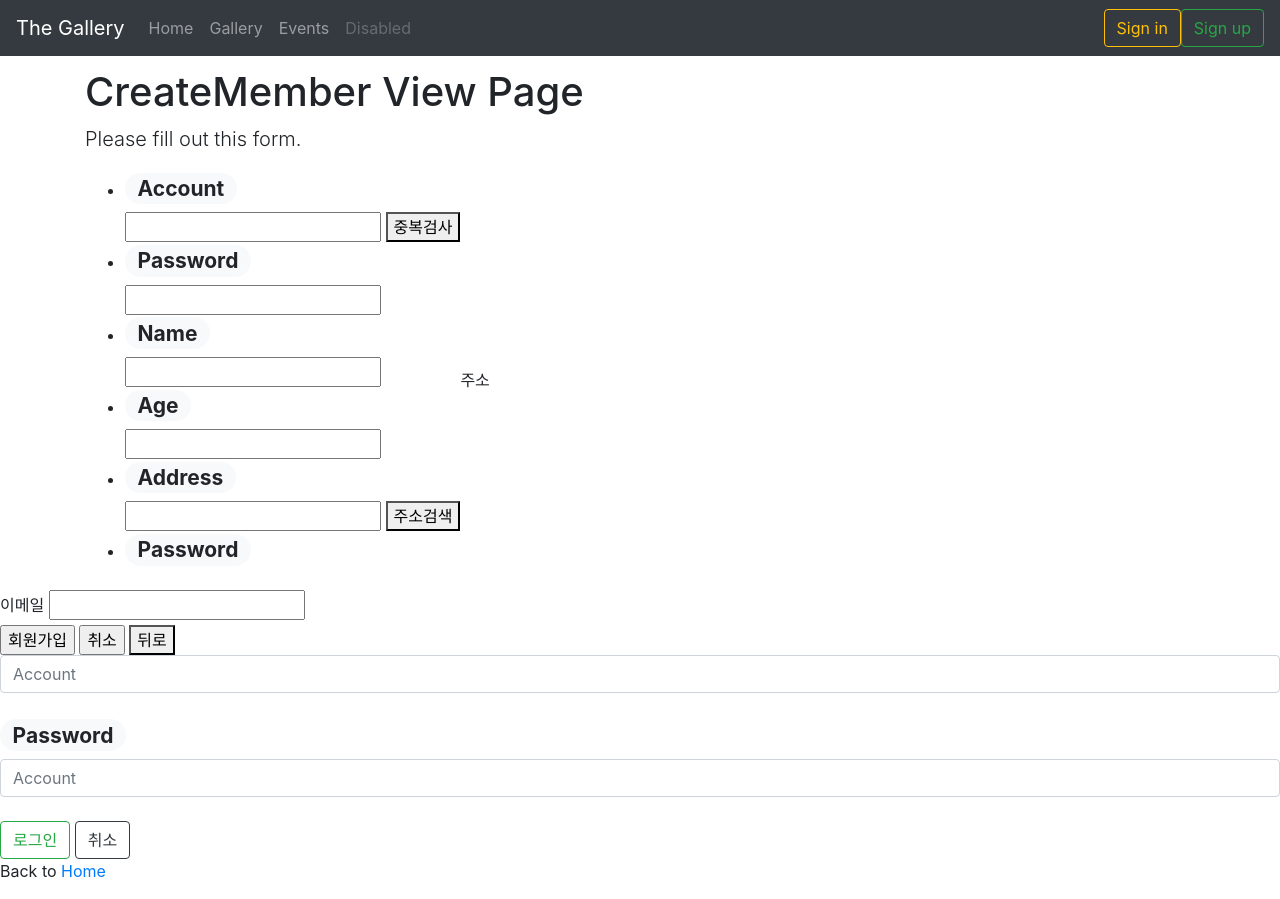
Repository: caramelsyrup/SpringProject1
Page: http://localhost/gallery/WEB-INF/views/member/createMember.jsp
An editor plug-in stored every save of this project. The page is shown before and after a run of saves, followed by the edit.
The browser window is 1280 px wide. The pictures show the whole page.
The page is served by Tomcat 9. Nobody is signed in. Other server files are loaded and not shown. The template is opened directly, without the code that normally fills it, so the values that code supplies are empty.

Above is the page before, as saved 2020-11-17 03:47:18.

### gallery/src/main/webapp/WEB-INF/views/member/createMember.jsp
<%@ page language="java" contentType="text/html; charset=UTF-8" pageEncoding="UTF-8"%>
<%@ include file="/resources/includes/header.jsp" %>
<!DOCTYPE html>
<html>
<head>
<meta charset="UTF-8">
<title>createMember Page</title>
</head>
<main role="main" class="flex-shrink-1" style="margin-top: 20px">
  <div class="container">
    <h1 class="mt-5">CreateMember View Page</h1>
    <p class="lead">Please fill out this form.</p>
    <form  class="form-inline mt-2 mt-md-0" action="/member/createMember" method="post" id="createForm">
		<ul>
			<li>
				<h3><span class="badge badge-pill badge-light">Account</span></h3>
				<!-- 회원 아이디, 시큐리티 떄문에 username으로 정함 -->
				<input type="text" name="username" id="username"/>
				<button type="button" id="btnIDchk">중복검사</button>
			</li>
			<li>
				<h3><span class="badge badge-pill badge-light">Password</span></h3>
				<!-- 회원 비밀번호 -->
				<input type="password" name="password" id="password"/>
			</li>
			<li>
				<h3><span class="badge badge-pill badge-light">Name</span></h3>
				<!-- 회원 이름 -->
				<input type="text" name="membername" id="membername"/>
			</li>
			<li>
				<h3><span class="badge badge-pill badge-light">Age</span></h3>
				<!-- 회원 나이 -->
				<input type="text" name="age" id="age"/>
			</li>
			<li>
				<h3><span class="badge badge-pill badge-light">Address</span></h3>
				<!-- 회원 주소 -->
				<input type="text" name="address" id="address"/>
				<button type="button" id="btnAddr">주소검색</button>
			</li>
			<li>
				<h3><span class="badge badge-pill badge-light">Password</span></h3>
			</li>
		</ul>

			<label>주소</label>

		</div>
		<div>
			<label>이메일</label>
			<!-- 회원 이메일주소 -->
			<input type="email" name="email" id="email"/>
		</div>
		<input type="button" id="btndoCreate" value="회원가입">
		<input type="reset" value="취소">
			<button type="button" onclick="history.back()">뒤로</button>
	</form>

        	<input class="form-control mr-sm-2" type="text" placeholder="Account" aria-label="Search" name="username" id="username"><br>
	    <h3><span class="badge badge-pill badge-light">Password</span></h3>
	    	<input class="form-control mr-sm-2" type="text" placeholder="Account" aria-label="Search" name="username" id="username"><br>
        <input class="btn btn-outline-success my-2 my-sm-0" type="button" id="btnLogin" value="로그인">
        <input class="btn btn-outline-dark my-2 my-sm-0" type="reset" value="취소">
   <p>Back to <a href="/">Home</a></p>
  </div>
  	<script src="/resources/js/member.js"></script>
</main>


</body>
</html>

### gallery/src/main/webapp/resources/includes/header.jsp
<%@ taglib prefix="c" uri="http://java.sun.com/jsp/jstl/core" %>
<!DOCTYPE html>
<html>
<head>
<meta charset="UTF-8">
    <meta charset="utf-8">
    <meta name="viewport" content="width=device-width, initial-scale=1, shrink-to-fit=no">
    <meta name="description" content="">
    <meta name="author" content="Mark Otto, Jacob Thornton, and Bootstrap contributors">
    <meta name="generator" content="Jekyll v4.1.1">
<script src="https://code.jquery.com/jquery-3.5.1.js" integrity="sha256-QWo7LDvxbWT2tbbQ97B53yJnYU3WhH/C8ycbRAkjPDc=" crossorigin="anonymous"></script>
<!-- Latest compiled and minified CSS -->
<link rel="stylesheet" href="https://stackpath.bootstrapcdn.com/bootstrap/4.5.2/css/bootstrap.min.css">
<!-- Latest compiled JavaScript -->
<script src="https://stackpath.bootstrapcdn.com/bootstrap/4.5.2/js/bootstrap.min.js"></script>
</head>
<!-- 최상단 -->
<body class="d-flex flex-column h-100">
    <header>
  <!-- Fixed navbar -->
  <nav class="navbar navbar-expand-md navbar-dark fixed-top bg-dark">
    <a class="navbar-brand" href="#">The Gallery</a>
    <button class="navbar-toggler" type="button" data-toggle="collapse" data-target="#navbarCollapse" aria-controls="navbarCollapse" aria-expanded="false" aria-label="Toggle navigation">
      <span class="navbar-toggler-icon"></span>
    </button>
    <div class="collapse navbar-collapse" id="navbarCollapse">
      <ul class="navbar-nav mr-auto">
        <li class="nav-item">
          <a class="nav-link" href="#">Home <!-- <span class="sr-only">(current)</span> --> </a>
        </li>
        <li class="nav-item">
          <a class="nav-link" href="#">Gallery</a>
        </li>
        <li class="nav-item">
          <a class="nav-link" href="#">Events</a>
        </li>
        <li class="nav-item">
	        <c:if test="${member.auth==0}">
	          <a class="nav-link" href="#">Info</a>
	        </c:if>
        </li>
        <li class="nav-item">
          <a class="nav-link disabled" href="#" tabindex="-1" aria-disabled="true">Disabled</a>
        </li>
      </ul>
       <c:choose>
       	<c:when test="${empty member.username}">
       		<a class="btn btn-outline-warning my-2 my-sm-0" href="/member/createMember">Sign in</a>
      		<a class="btn btn-outline-success my-2 my-sm-0" href="/customLogin">Sign up</a>
      	</c:when>
      	<c:otherwise>
        	<a class="btn btn-outline-success my-2 my-sm-0" href="/customLogout">Logout</a>
        </c:otherwise>
        </c:choose>
    </div>
  </nav>
</header>

Loaded but not shown: gallery/src/main/webapp/resources/js/member.js (no copy from this time; the picture is the same without it)

After the next 2 saves:
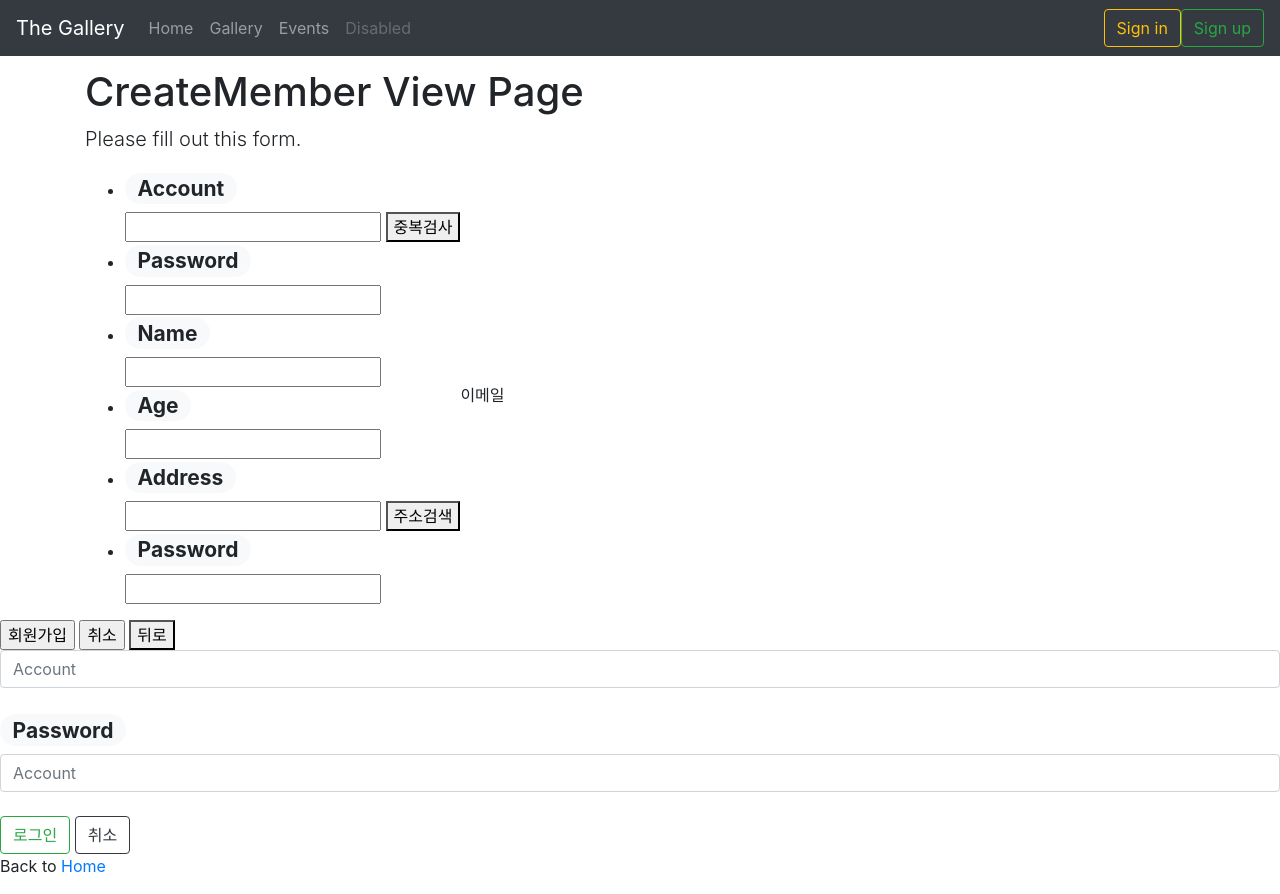
The 2 saves are shown as one change because they came seconds apart.
The last was saved 22 s later.
--- a/gallery/src/main/webapp/WEB-INF/views/member/createMember.jsp
+++ b/gallery/src/main/webapp/WEB-INF/views/member/createMember.jsp
@@ -41,16 +41,13 @@
 			</li>
 			<li>
 				<h3><span class="badge badge-pill badge-light">Password</span></h3>
+				<!-- 회원 이메일주소 -->
+				<input type="email" name="email" id="email"/>
 			</li>
 		</ul>
 
-			<label>주소</label>
+			<label>이메일</label>
 
-		</div>
-		<div>
-			<label>이메일</label>
-			<!-- 회원 이메일주소 -->
-			<input type="email" name="email" id="email"/>
 		</div>
 		<input type="button" id="btndoCreate" value="회원가입">
 		<input type="reset" value="취소">
